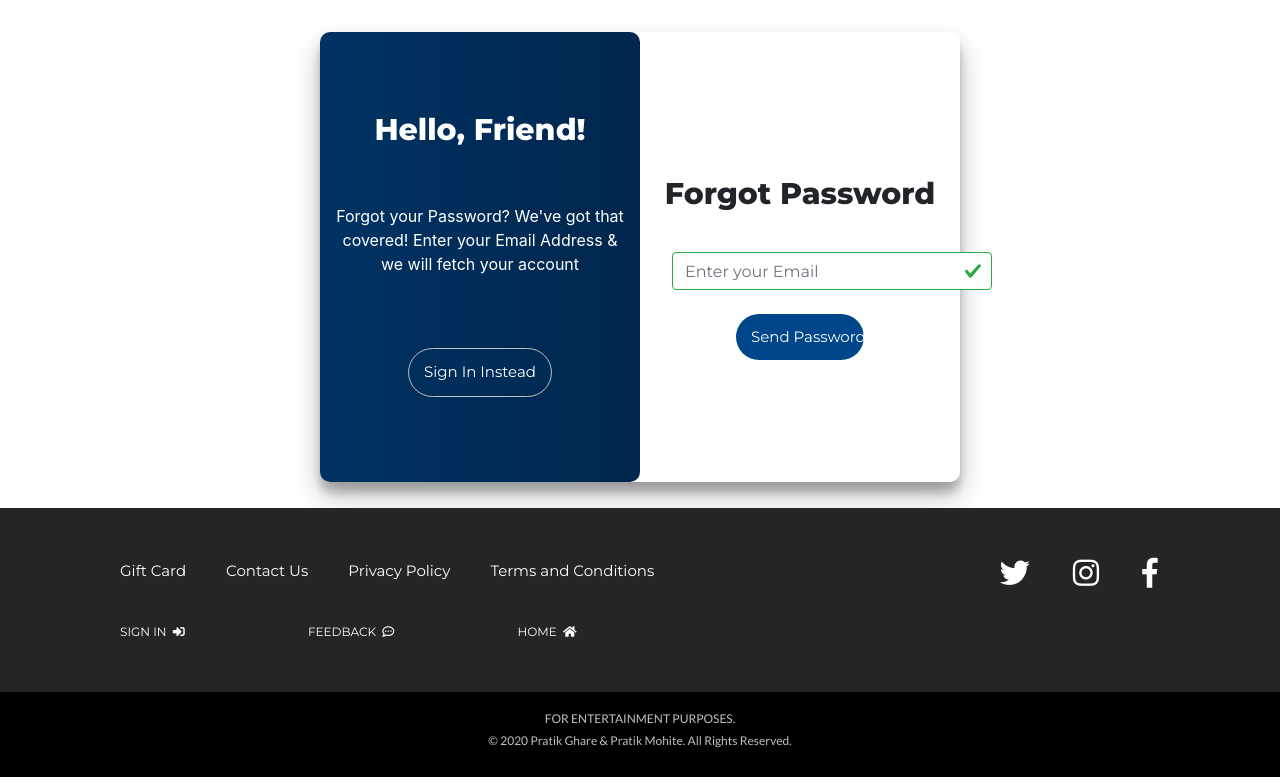
Repository: pratikghare/CafeImbiss
Page: http://localhost/Cafeteria/forgot.jsp
These files come from the project's save history. The page is drawn as it stood at one moment and after the next save; the edit follows.
The browser window is 1280 px wide. The pictures show the whole page.
Some web fonts or font styles are not loaded; a fallback is used. Some web libraries are served in a nearby version. The page is served by Tomcat 9.

Above is the page before, as saved 2020-11-04 16:50:18.

After the next save:
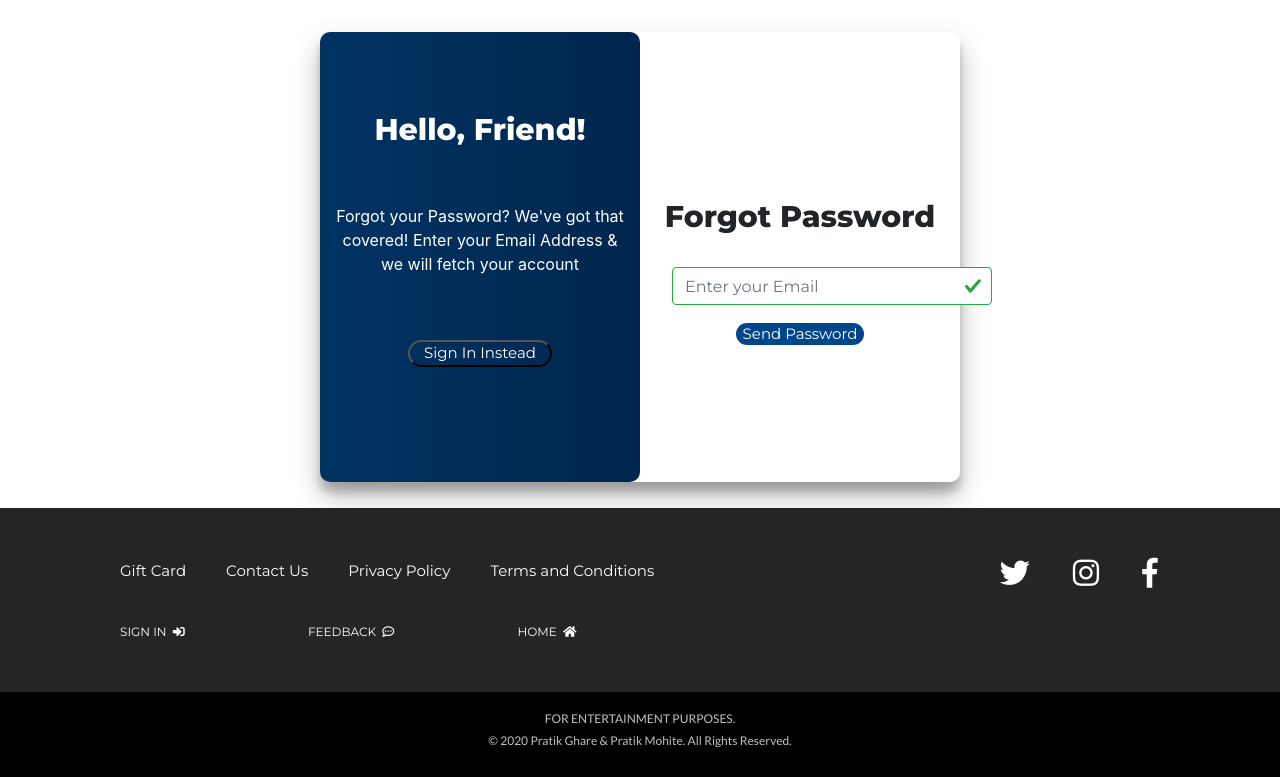
Saved 10 s later.
--- a/Cafeteria/WebContent/references/login.css
+++ b/Cafeteria/WebContent/references/login.css
@@ -78,7 +78,7 @@
     width: 10em;
 }
 
-form input {
+/* form input {
     background: #eee;
     border: none;
     padding: 12px 15px;
@@ -87,7 +87,7 @@
     border-radius: 5px;
     border: 1px solid #c0c0c0;
     outline: none;
-}
+} */
 
 form input[type="submit"]{
 	font-size:15px !important;
